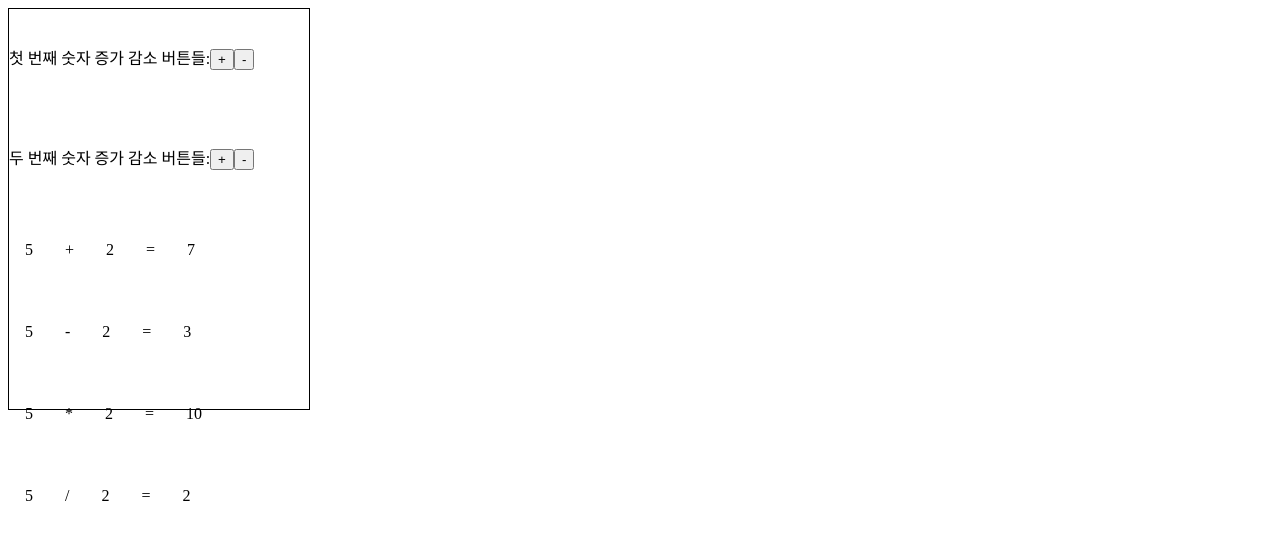
Repository: SeungYn/design-pattern
Page: mvc/index.html
An editor plug-in stored every save of this project. The page is shown before and after the next save, followed by the edit.
The browser window is 1280 px wide. The pictures show the whole page.

Above is the page before, as saved 2023-05-11 01:41:24.

After the next save:
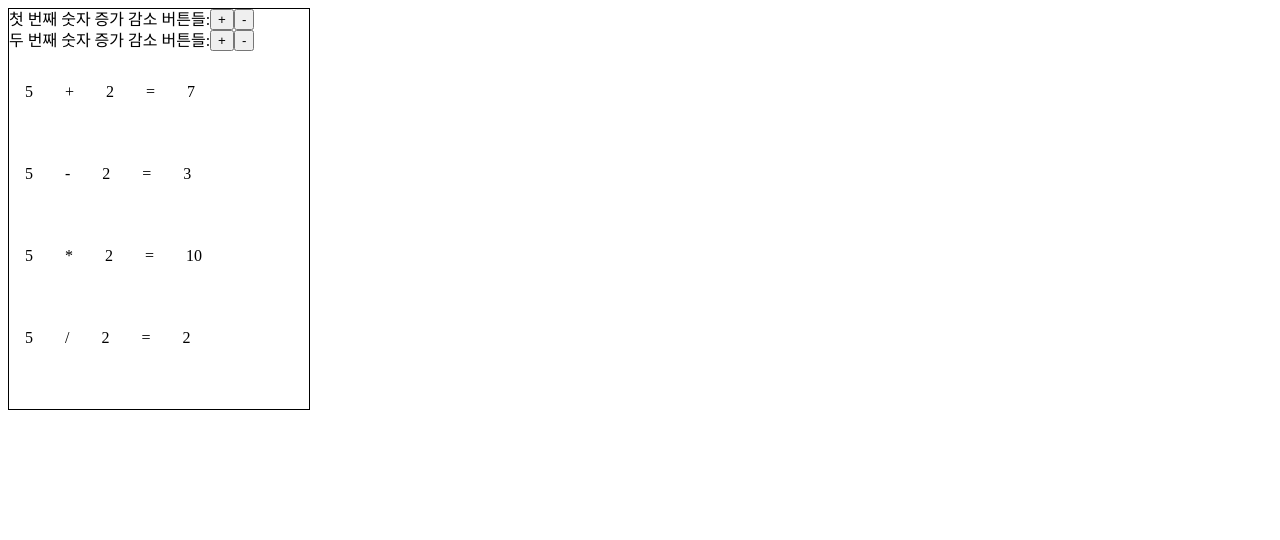
Saved 6 s later.
--- a/mvc/style.css
+++ b/mvc/style.css
@@ -15,5 +15,5 @@
 .calc-board__button-group {
   display: flex;
   align-items: center;
-  line-height: 100px;
+  line-height: 20px;
 }
